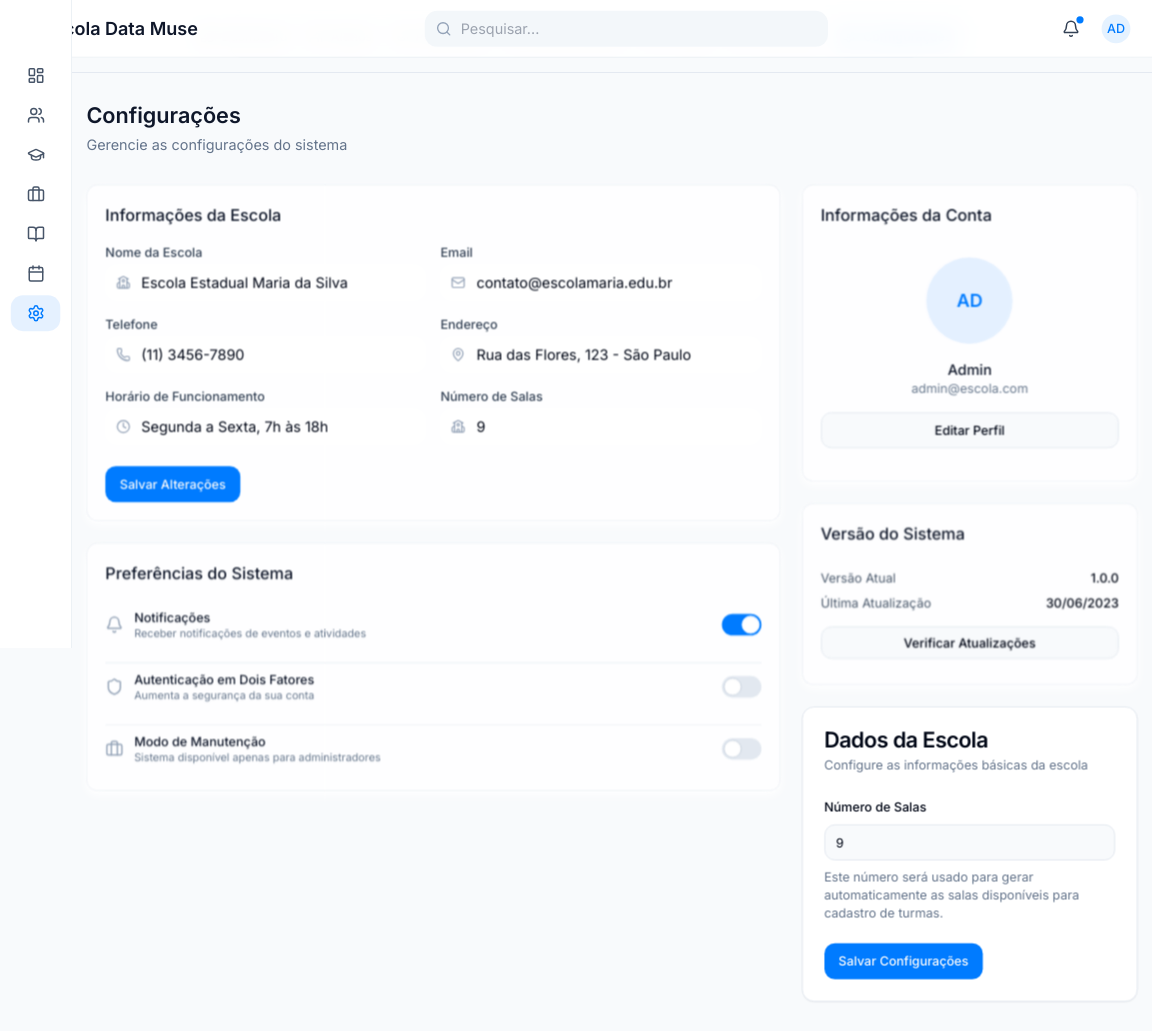
Repository: jonasuea/secretaria-online
Page: /settings
An editor plug-in stored every save of this project. The page is shown before and after the next save, followed by the edit.
The browser window is 1280 px wide. The pictures show the whole page, at 90% of full size.
The project was rebuilt for these pictures with package versions that can differ from the ones it lists, and the page was loaded fresh each time. Also part of the build but not shown: vite.config.ts, src/components/ui/tooltip.tsx, src/components/dashboard/DashboardCard.tsx, src/components/dashboard/StatCard.tsx, src/components/ui/dialog.tsx, src/components/ui/avatar.tsx, src/components/ui/badge.tsx, src/components/dashboard/SearchResultDialog.tsx and 36 more.

Above is the page before, as saved 2025-03-28 01:56:57.

### index.html
<!DOCTYPE html>
<html lang="en">
  <head>
    <meta charset="UTF-8" />
    <meta name="viewport" content="width=device-width, initial-scale=1.0" />
    <title>escola-data-muse</title>
    <meta name="description" content="Lovable Generated Project" />
    <meta name="author" content="Lovable" />

    <meta property="og:title" content="Lovable Generated Project" />
    <meta property="og:description" content="Lovable Generated Project" />
    <meta property="og:type" content="website" />
    <meta property="og:image" content="https://lovable.dev/opengraph-image-p98pqg.png" />

    <meta name="twitter:card" content="summary_large_image" />
    <meta name="twitter:site" content="@lovable_dev" />
    <meta name="twitter:image" content="https://lovable.dev/opengraph-image-p98pqg.png" />
  </head>

  <body>
    <div id="root"></div>
    <!-- IMPORTANT: DO NOT REMOVE THIS SCRIPT TAG OR THIS VERY COMMENT! -->
    <script src="https://cdn.gpteng.co/gptengineer.js" type="module"></script>
    <script type="module" src="/src/main.tsx"></script>
  </body>
</html>

### src/components/ui/toaster.tsx
import { useToast } from "@/hooks/use-toast"
import {
  Toast,
  ToastClose,
  ToastDescription,
  ToastProvider,
  ToastTitle,
  ToastViewport,
} from "@/components/ui/toast"

export function Toaster() {
  const { toasts } = useToast()

  return (
    <ToastProvider>
      {toasts.map(function ({ id, title, description, action, ...props }) {
        return (
          <Toast key={id} {...props}>
            <div className="grid gap-1">
              {title && <ToastTitle>{title}</ToastTitle>}
              {description && (
                <ToastDescription>{description}</ToastDescription>
              )}
            </div>
            {action}
            <ToastClose />
          </Toast>
        )
      })}
      <ToastViewport />
    </ToastProvider>
  )
}

### src/components/ui/sonner.tsx
import { useTheme } from "next-themes"
import { Toaster as Sonner } from "sonner"

type ToasterProps = React.ComponentProps<typeof Sonner>

const Toaster = ({ ...props }: ToasterProps) => {
  const { theme = "system" } = useTheme()

  return (
    <Sonner
      theme={theme as ToasterProps["theme"]}
      className="toaster group"
      toastOptions={{
        classNames: {
          toast:
            "group toast group-[.toaster]:bg-background group-[.toaster]:text-foreground group-[.toaster]:border-border group-[.toaster]:shadow-lg",
          description: "group-[.toast]:text-muted-foreground",
          actionButton:
            "group-[.toast]:bg-primary group-[.toast]:text-primary-foreground",
          cancelButton:
            "group-[.toast]:bg-muted group-[.toast]:text-muted-foreground",
        },
      }}
      {...props}
    />
  )
}

export { Toaster }

### src/pages/Settings.tsx
import React from 'react';
import { School, Mail, Phone, MapPin, Clock, Shield, Bell, Briefcase } from 'lucide-react';
import PageContainer from '../components/layout/PageContainer';
import BlurOverlay from '../components/ui/BlurOverlay';
import { Button } from '../components/ui/button';
import SchoolSettings from '../components/settings/SchoolSettings';

const Settings = () => {
  return (
    <PageContainer
      title="Configurações"
      subtitle="Gerencie as configurações do sistema"
    >
      <div className="grid grid-cols-1 md:grid-cols-3 gap-6">
        <div className="md:col-span-2 space-y-6">
          <BlurOverlay className="p-5">
            <h2 className="text-lg font-medium text-slate-900 mb-4">Informações da Escola</h2>

            <div className="space-y-4">
              <div className="grid grid-cols-1 md:grid-cols-2 gap-4">
                <div>
                  <label className="block text-sm font-medium text-slate-700 mb-1">
                    Nome da Escola
                  </label>
                  <div className="relative">
                    <div className="absolute inset-y-0 left-0 pl-3 flex items-center pointer-events-none">
                      <School size={16} className="text-slate-400" />
                    </div>
                    <input
                      type="text"
                      className="w-full pl-10 py-2 border-slate-300 rounded-lg focus:ring-primary focus:border-primary"
                      defaultValue="Escola Estadual Maria da Silva"
                    />
                  </div>
                </div>

                <div>
                  <label className="block text-sm font-medium text-slate-700 mb-1">
                    Email
                  </label>
                  <div className="relative">
                    <div className="absolute inset-y-0 left-0 pl-3 flex items-center pointer-events-none">
                      <Mail size={16} className="text-slate-400" />
                    </div>
                    <input
                      type="email"
                      className="w-full pl-10 py-2 border-slate-300 rounded-lg focus:ring-primary focus:border-primary"
                      defaultValue="contato@escolamaria.edu.br"
                    />
                  </div>
                </div>
              </div>

              <div className="grid grid-cols-1 md:grid-cols-2 gap-4">
                <div>
                  <label className="block text-sm font-medium text-slate-700 mb-1">
                    Telefone
                  </label>
                  <div className="relative">
                    <div className="absolute inset-y-0 left-0 pl-3 flex items-center pointer-events-none">
                      <Phone size={16} className="text-slate-400" />
                    </div>
                    <input
                      type="tel"
                      className="w-full pl-10 py-2 border-slate-300 rounded-lg focus:ring-primary focus:border-primary"
                      defaultValue="(11) 3456-7890"
                    />
                  </div>
                </div>

                <div>
                  <label className="block text-sm font-medium text-slate-700 mb-1">
                    Endereço
                  </label>
                  <div className="relative">
                    <div className="absolute inset-y-0 left-0 pl-3 flex items-center pointer-events-none">
                      <MapPin size={16} className="text-slate-400" />
                    </div>
                    <input
                      type="text"
                      className="w-full pl-10 py-2 border-slate-300 rounded-lg focus:ring-primary focus:border-primary"
                      defaultValue="Rua das Flores, 123 - São Paulo"
                    />
                  </div>
                </div>
              </div>

              <div className="grid grid-cols-1 md:grid-cols-2 gap-4">
                <div>
                  <label className="block text-sm font-medium text-slate-700 mb-1">
                    Horário de Funcionamento
                  </label>
                  <div className="relative">
                    <div className="absolute inset-y-0 left-0 pl-3 flex items-center pointer-events-none">
                      <Clock size={16} className="text-slate-400" />
                    </div>
                    <input
                      type="text"
                      className="w-full pl-10 py-2 border-slate-300 rounded-lg focus:ring-primary focus:border-primary"
                      defaultValue="Segunda a Sexta, 7h às 18h"
                    />
                  </div>
                </div>

                <div>
                  <label className="block text-sm font-medium text-slate-700 mb-1">
                    Número de Salas
                  </label>
                  <div className="relative">
                    <div className="absolute inset-y-0 left-0 pl-3 flex items-center pointer-events-none">
                      <School size={16} className="text-slate-400" />
                    </div>
                    <input
                      type="number"
                      min="1"
                      className="w-full pl-10 py-2 border-slate-300 rounded-lg focus:ring-primary focus:border-primary"
                      defaultValue={localStorage.getItem('schoolNumberOfRooms') || "9"}
                      onChange={(e) => localStorage.setItem('schoolNumberOfRooms', e.target.value)}
                    />
                  </div>
                </div>
              </div>

              <div className="pt-2">
                <Button className="w-full sm:w-auto bg-primary">Salvar Alterações</Button>
              </div>
            </div>
          </BlurOverlay>

          <BlurOverlay className="p-5">
            <h2 className="text-lg font-medium text-slate-900 mb-4">Preferências do Sistema</h2>

            <div className="space-y-4">
              <div className="flex items-center justify-between py-2">
                <div className="flex items-center gap-3">
                  <Bell size={20} className="text-slate-400" />
                  <div>
                    <h3 className="text-sm font-medium text-slate-900">Notificações</h3>
                    <p className="text-xs text-slate-500">Receber notificações de eventos e atividades</p>
                  </div>
                </div>
                <label className="relative inline-flex items-center cursor-pointer">
                  <input type="checkbox" className="sr-only peer" defaultChecked />
                  <div className="w-11 h-6 bg-slate-200 peer-focus:outline-none peer-focus:ring-4 peer-focus:ring-primary/20 rounded-full peer peer-checked:after:translate-x-full peer-checked:after:border-white after:content-[''] after:absolute after:top-[2px] after:left-[2px] after:bg-white after:border-slate-300 after:border after:rounded-full after:h-5 after:w-5 after:transition-all peer-checked:bg-primary"></div>
                </label>
              </div>

              <div className="flex items-center justify-between py-2 border-t border-slate-200/70">
                <div className="flex items-center gap-3">
                  <Shield size={20} className="text-slate-400" />
                  <div>
                    <h3 className="text-sm font-medium text-slate-900">Autenticação em Dois Fatores</h3>
                    <p className="text-xs text-slate-500">Aumenta a segurança da sua conta</p>
                  </div>
                </div>
                <label className="relative inline-flex items-center cursor-pointer">
                  <input type="checkbox" className="sr-only peer" />
                  <div className="w-11 h-6 bg-slate-200 peer-focus:outline-none peer-focus:ring-4 peer-focus:ring-primary/20 rounded-full peer peer-checked:after:translate-x-full peer-checked:after:border-white after:content-[''] after:absolute after:top-[2px] after:left-[2px] after:bg-white after:border-slate-300 after:border after:rounded-full after:h-5 after:w-5 after:transition-all peer-checked:bg-primary"></div>
                </label>
              </div>

              <div className="flex items-center justify-between py-2 border-t border-slate-200/70">
                <div className="flex items-center gap-3">
                  <Briefcase size={20} className="text-slate-400" />
                  <div>
                    <h3 className="text-sm font-medium text-slate-900">Modo de Manutenção</h3>
                    <p className="text-xs text-slate-500">Sistema disponível apenas para administradores</p>
                  </div>
                </div>
                <label className="relative inline-flex items-center cursor-pointer">
                  <input type="checkbox" className="sr-only peer" />
                  <div className="w-11 h-6 bg-slate-200 peer-focus:outline-none peer-focus:ring-4 peer-focus:ring-primary/20 rounded-full peer peer-checked:after:translate-x-full peer-checked:after:border-white after:content-[''] after:absolute after:top-[2px] after:left-[2px] after:bg-white after:border-slate-300 after:border after:rounded-full after:h-5 after:w-5 after:transition-all peer-checked:bg-primary"></div>
                </label>
              </div>
            </div>
          </BlurOverlay>
        </div>

        <div className="space-y-6">
          <BlurOverlay className="p-5">
            <h2 className="text-lg font-medium text-slate-900 mb-4">Informações da Conta</h2>

            <div className="flex flex-col items-center py-4">
              <div className="w-24 h-24 rounded-full bg-primary/10 flex items-center justify-center mb-4">
                <span className="text-primary text-xl font-semibold">AD</span>
              </div>

              <h3 className="text-base font-medium text-slate-900">Admin</h3>
              <p className="text-sm text-slate-500">admin@escola.com</p>

              <div className="mt-4 w-full">
                <Button variant="outline" className="w-full">
                  Editar Perfil
                </Button>
              </div>
            </div>
          </BlurOverlay>

          <BlurOverlay className="p-5">
            <h2 className="text-lg font-medium text-slate-900 mb-4">Versão do Sistema</h2>

            <div className="py-2">
              <div className="flex items-center justify-between mb-2">
                <span className="text-sm text-slate-600">Versão Atual</span>
                <span className="text-sm font-medium">1.0.0</span>
              </div>

              <div className="flex items-center justify-between">
                <span className="text-sm text-slate-600">Última Atualização</span>
                <span className="text-sm font-medium">30/06/2023</span>
              </div>

              <div className="mt-4">
                <Button variant="outline" size="sm" className="w-full">
                  Verificar Atualizações
                </Button>
              </div>
            </div>
          </BlurOverlay>

          <SchoolSettings />
        </div>
      </div>
    </PageContainer>
  );
};

export default Settings;

### src/components/layout/TabsNavigation.tsx

import { useLocation, useNavigate } from 'react-router-dom';
import { Tabs, TabsList, TabsTrigger } from "@/components/ui/tabs";
import {
  LayoutDashboard,
  Users,
  GraduationCap,
  BookOpen,
  Calendar,
  Settings,
  Briefcase
} from 'lucide-react';

const routes = [
  { path: '/', label: 'Dashboard', icon: LayoutDashboard },
  { path: '/students', label: 'Alunos', icon: Users },
  { path: '/teachers', label: 'Professores', icon: GraduationCap },
  { path: '/management-team', label: 'Equipe Gestora', icon: Briefcase },
  { path: '/classes', label: 'Turmas', icon: BookOpen },
  { path: '/calendar', label: 'Calendário', icon: Calendar },
  { path: '/settings', label: 'Configurações', icon: Settings },
];

const TabsNavigation = () => {
  const location = useLocation();
  const navigate = useNavigate();
  const currentPath = location.pathname === '/' ? '/' : `/${location.pathname.split('/')[1]}`;

  const handleTabChange = (value: string) => {
    navigate(value);
  };

  return (
    <div className="w-full flex justify-center py-4 px-4 border-b">
      <Tabs
        defaultValue={currentPath}
        value={currentPath}
        onValueChange={handleTabChange}
        className="w-full max-w-3xl"
      >
        <TabsList className="w-full h-12 bg-background border">
          {routes.map((route) => (
            <TabsTrigger
              key={route.path}
              value={route.path}
              className="flex items-center gap-2 flex-1 h-full data-[state=active]:bg-primary/10 data-[state=active]:text-primary"
            >
              <route.icon className="h-4 w-4" />
              <span className="hidden sm:inline">{route.label}</span>
            </TabsTrigger>
          ))}
        </TabsList>
      </Tabs>
    </div>
  );
};

export default TabsNavigation;

### src/hooks/use-sidebar.tsx

import * as React from "react";

interface SidebarContextType {
  isOpen: boolean;
  toggleSidebar: () => void;
  closeSidebar: () => void;
  openSidebar: () => void;
}

const SidebarContext = React.createContext<SidebarContextType | undefined>(undefined);

export function SidebarProvider({ children }: { children: React.ReactNode }) {
  const [isOpen, setIsOpen] = React.useState(true);

  const toggleSidebar = React.useCallback(() => {
    setIsOpen(prev => !prev);
  }, []);

  const closeSidebar = React.useCallback(() => {
    setIsOpen(false);
  }, []);

  const openSidebar = React.useCallback(() => {
    setIsOpen(true);
  }, []);

  const value = React.useMemo(() => ({
    isOpen,
    toggleSidebar,
    closeSidebar,
    openSidebar
  }), [isOpen, toggleSidebar, closeSidebar, openSidebar]);

  return (
    <SidebarContext.Provider value={value}>
      {children}
    </SidebarContext.Provider>
  );
}

export function useSidebar() {
  const context = React.useContext(SidebarContext);
  if (context === undefined) {
    throw new Error("useSidebar must be used within a SidebarProvider");
  }
  return context;
}

### src/components/layout/PageContainer.tsx

import React from 'react';
import { useSidebar } from '../../hooks/use-sidebar';

interface PageContainerProps {
  children: React.ReactNode;
  title?: string;
  subtitle?: string;
}

const PageContainer: React.FC<PageContainerProps> = ({
  children,
  title,
  subtitle
}) => {
  const { isOpen } = useSidebar();

  return (
    <div
      className={`
        pt-8 px-4 pb-8 min-h-screen
        transition-all duration-300 ease-in-out
        md:pl-${isOpen ? '64' : '20'}
        page-container
      `}
      style={{
        paddingLeft: isOpen ? 'calc(16rem + 1rem)' : 'calc(5rem + 1rem)'
      }}
    >
      {(title || subtitle) && (
        <div className="mb-8 content-appear">
          {title && <h1 className="text-2xl font-semibold text-slate-900">{title}</h1>}
          {subtitle && <p className="mt-1 text-slate-500">{subtitle}</p>}
        </div>
      )}

      <div className="content-appear animation-delay-150">
        {children}
      </div>
    </div>
  );
};

export default PageContainer;

### src/components/ui/BlurOverlay.tsx

import React from 'react';
import { cn } from '../../lib/utils';

interface BlurOverlayProps {
  children: React.ReactNode;
  className?: string;
  intensity?: 'light' | 'medium' | 'heavy';
  style?: React.CSSProperties;
}

const BlurOverlay: React.FC<BlurOverlayProps> = ({
  children,
  className,
  intensity = 'medium',
  style
}) => {
  const blurIntensity = {
    light: 'backdrop-blur-sm bg-white/70',
    medium: 'backdrop-blur-md bg-white/80',
    heavy: 'backdrop-blur-lg bg-white/90'
  };

  return (
    <div
      className={cn(
        'rounded-xl border border-slate-200/50 shadow-card',
        blurIntensity[intensity],
        className
      )}
      style={style}
    >
      {children}
    </div>
  );
};

export default BlurOverlay;

### src/components/ui/input.tsx
import * as React from "react"

import { cn } from "@/lib/utils"

const Input = React.forwardRef<HTMLInputElement, React.ComponentProps<"input">>(
  ({ className, type, ...props }, ref) => {
    return (
      <input
        type={type}
        className={cn(
          "flex h-10 w-full rounded-md border border-input bg-background px-3 py-2 text-base ring-offset-background file:border-0 file:bg-transparent file:text-sm file:font-medium file:text-foreground placeholder:text-muted-foreground focus-visible:outline-none focus-visible:ring-2 focus-visible:ring-ring focus-visible:ring-offset-2 disabled:cursor-not-allowed disabled:opacity-50 md:text-sm",
          className
        )}
        ref={ref}
        {...props}
      />
    )
  }
)
Input.displayName = "Input"

export { Input }

### src/components/ui/card.tsx
import * as React from "react"

import { cn } from "@/lib/utils"

const Card = React.forwardRef<
  HTMLDivElement,
  React.HTMLAttributes<HTMLDivElement>
>(({ className, ...props }, ref) => (
  <div
    ref={ref}
    className={cn(
      "rounded-lg border bg-card text-card-foreground shadow-sm",
      className
    )}
    {...props}
  />
))
Card.displayName = "Card"

const CardHeader = React.forwardRef<
  HTMLDivElement,
  React.HTMLAttributes<HTMLDivElement>
>(({ className, ...props }, ref) => (
  <div
    ref={ref}
    className={cn("flex flex-col space-y-1.5 p-6", className)}
    {...props}
  />
))
CardHeader.displayName = "CardHeader"

const CardTitle = React.forwardRef<
  HTMLParagraphElement,
  React.HTMLAttributes<HTMLHeadingElement>
>(({ className, ...props }, ref) => (
  <h3
    ref={ref}
    className={cn(
      "text-2xl font-semibold leading-none tracking-tight",
      className
    )}
    {...props}
  />
))
CardTitle.displayName = "CardTitle"

const CardDescription = React.forwardRef<
  HTMLParagraphElement,
  React.HTMLAttributes<HTMLParagraphElement>
>(({ className, ...props }, ref) => (
  <p
    ref={ref}
    className={cn("text-sm text-muted-foreground", className)}
    {...props}
  />
))
CardDescription.displayName = "CardDescription"

const CardContent = React.forwardRef<
  HTMLDivElement,
  React.HTMLAttributes<HTMLDivElement>
>(({ className, ...props }, ref) => (
  <div ref={ref} className={cn("p-6 pt-0", className)} {...props} />
))
CardContent.displayName = "CardContent"

const CardFooter = React.forwardRef<
  HTMLDivElement,
  React.HTMLAttributes<HTMLDivElement>
>(({ className, ...props }, ref) => (
  <div
    ref={ref}
    className={cn("flex items-center p-6 pt-0", className)}
    {...props}
  />
))
CardFooter.displayName = "CardFooter"

export { Card, CardHeader, CardFooter, CardTitle, CardDescription, CardContent }

### src/components/ui/label.tsx
import * as React from "react"
import * as LabelPrimitive from "@radix-ui/react-label"
import { cva, type VariantProps } from "class-variance-authority"

import { cn } from "@/lib/utils"

const labelVariants = cva(
  "text-sm font-medium leading-none peer-disabled:cursor-not-allowed peer-disabled:opacity-70"
)

const Label = React.forwardRef<
  React.ElementRef<typeof LabelPrimitive.Root>,
  React.ComponentPropsWithoutRef<typeof LabelPrimitive.Root> &
    VariantProps<typeof labelVariants>
>(({ className, ...props }, ref) => (
  <LabelPrimitive.Root
    ref={ref}
    className={cn(labelVariants(), className)}
    {...props}
  />
))
Label.displayName = LabelPrimitive.Root.displayName

export { Label }

Loaded but not shown: src/main.tsx (common file); src/hooks/use-toast.ts (common file); src/lib/utils.ts (common file); src/hooks/use-mobile.tsx (common file); src/components/ui/toast.tsx (127 lines, source omitted); tailwind.config.ts (124 lines, source omitted); src/components/layout/Sidebar.tsx (135 lines, source omitted); src/App.tsx (69 lines, source omitted); src/index.css (115 lines, source omitted); src/components/layout/Header.tsx (49 lines, source omitted); src/components/settings/SchoolSettings.tsx (64 lines, source omitted); src/components/ui/button.tsx (56 lines, source omitted); src/components/ui/tabs.tsx (53 lines, source omitted)

After the next save:
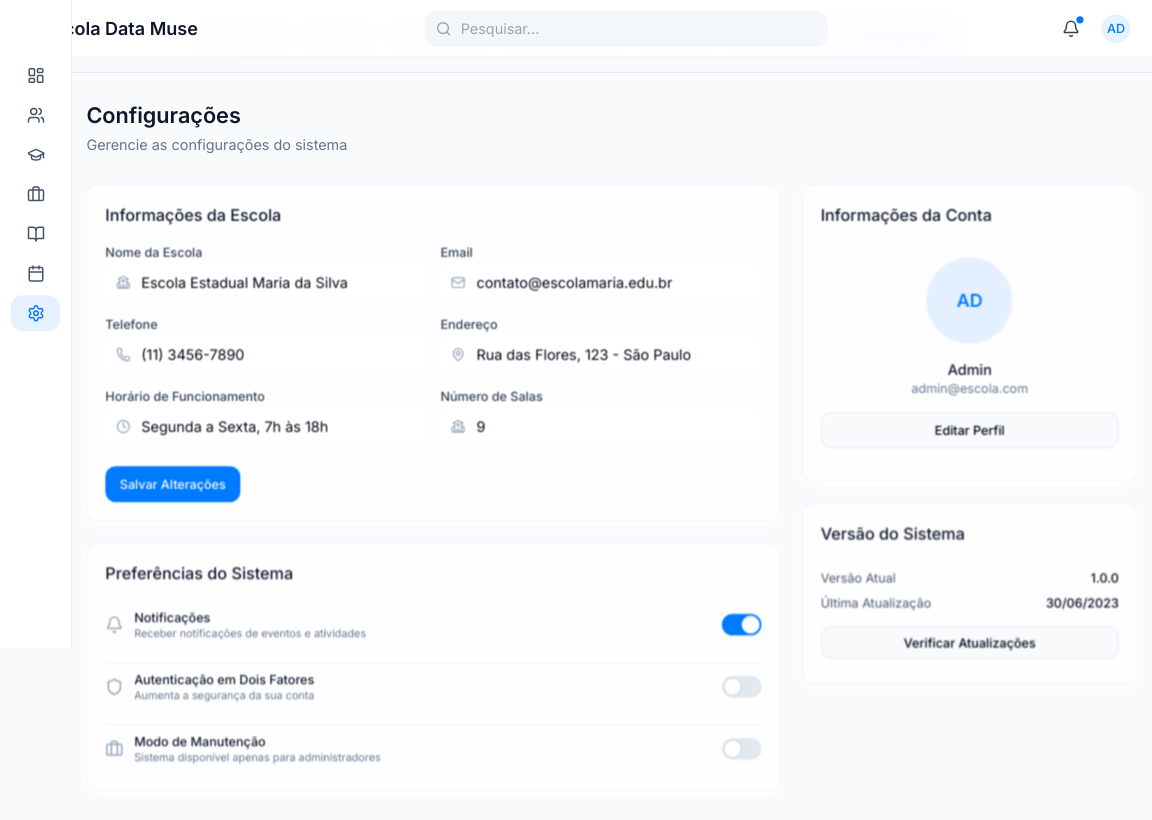
Saved 23 s later.
--- a/src/pages/Settings.tsx
+++ b/src/pages/Settings.tsx
@@ -3,7 +3,6 @@ import { School, Mail, Phone, MapPin, Clock, Shield, Bell, Briefcase } from 'luc
 import PageContainer from '../components/layout/PageContainer';
 import BlurOverlay from '../components/ui/BlurOverlay';
 import { Button } from '../components/ui/button';
-import SchoolSettings from '../components/settings/SchoolSettings';
 
 const Settings = () => {
   return (
@@ -217,8 +216,6 @@ const Settings = () => {
               </div>
             </div>
           </BlurOverlay>
-
-          <SchoolSettings />
         </div>
       </div>
     </PageContainer>
